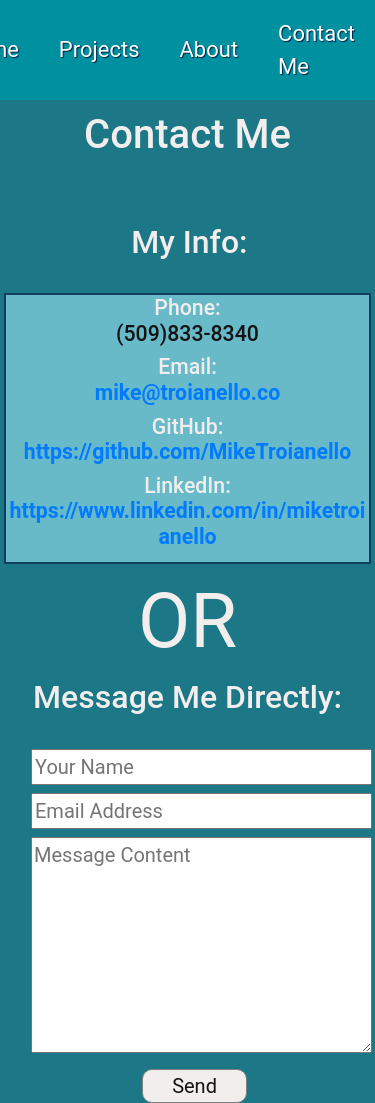
Repository: MikeTroianello/troianello
Page: /contact
The author's editor kept a copy of each file at every save. The page is drawn from the files as they stood at one save, then again after the next save.
The browser window is 375 px wide. The pictures show the whole page.
The project was rebuilt for these pictures with package versions that can differ from the ones it lists, and the page was loaded fresh each time. Also part of the build but not shown: src/components/context-sensitive/Greet.js, src/components/locations/Home.js, src/components/locations/About/About.css, src/components/locations/About/AboutMobile.css, src/components/locations/About/About.js, src/components/cards/RainbowDay.js, src/components/cards/CanvasBubbles.js, src/components/cards/projectCard.css and 4 more.

Above is the page before, as saved 2019-08-03 13:00:04.

### public/index.html
<!DOCTYPE html>
<html lang="en">
  <head>
    <meta charset="utf-8" />
    <link rel="shortcut icon" href="%PUBLIC_URL%/favicon.ico" />
    <meta name="viewport" content="width=device-width, initial-scale=1" />
    <meta name="theme-color" content="#000000" />
    <!--
      manifest.json provides metadata used when your web app is installed on a
      user's mobile device or desktop. See https://developers.google.com/web/fundamentals/web-app-manifest/
    -->
    <link rel="manifest" href="%PUBLIC_URL%/manifest.json" />
    <!--
      Notice the use of %PUBLIC_URL% in the tags above.
      It will be replaced with the URL of the `public` folder during the build.
      Only files inside the `public` folder can be referenced from the HTML.

      Unlike "/favicon.ico" or "favicon.ico", "%PUBLIC_URL%/favicon.ico" will
      work correctly both with client-side routing and a non-root public URL.
      Learn how to configure a non-root public URL by running `npm run build`.
    -->
    <title>MIKE TROIANELLO</title>
  </head>
  <body>
    <noscript>You need to enable JavaScript to run this app.</noscript>
    <div id="root"></div>
  </body>
</html>

### src/App.js
import React, { Component } from 'react';
import { BrowserRouter as Router, Route, Switch } from 'react-router-dom';
import Header from './components/Header';
import Home from './components/locations/Home';
import About from './components/locations/About/About';
import Projects from './components/locations/Projects';
import Contact from './components/locations/Contact/Contact';
import NotFound from './components/locations/NotFound';
import Greet from './components/context-sensitive/Greet.js';
import './App.css';

class App extends Component {
  // state = {
  //   header: '',
  //   hours: new Date().getHours()
  // };

  // componentDidMount() {
  //   window.addEventListener('scroll', this.handleScroll);
  // }

  // componentWillUnmount() {
  //   window.removeEventListener('scroll', this.handleScroll);
  // }

  // handleScroll = event => {
  //   let scrollTop = event.srcElement.body.scrollTop;
  //   console.log(window.scrollY);
  //   // if(window.scrollY > 200 && this.state.header) {
  //   if (window.scrollY < 88) {
  //     this.setState({ header: '' });
  //     console.log(this.state.header);
  //   }
  //   if (window.scrollY > 88 && window.scrollY < 502) {
  //     this.setState({ header: <Greet classname='header-greet' /> });
  //     console.log(this.state.header);
  //   }
  //   if (window.scrollY > 503 && window.scrollY < 1266) {
  //     this.setState({ header: 'My Projects' });
  //     console.log(this.state.header);
  //   }
  //   if (window.scrollY > 1267) {
  //     this.setState({ header: 'About Me' });
  //     console.log(this.state.header);
  //   }
  // };

  render() {
    return (
      <div className='App'>
        <Router>
          {/* <Header showHeader={this.state.header} /> */}
          <Header />
          <div>
            <Switch>
              <Route exact path='/' component={Home} />
              <Route exact path='/about' component={About} />
              <Route exact path='/projects' component={Projects} />
              <Route exact path='/contact' component={Contact} />
              <Route component={NotFound} />
            </Switch>
          </div>
        </Router>
      </div>
    );
  }
}

export default App;

### src/components/Header.js
import React, { Component } from 'react';
import { Link } from 'react-router-dom';
import Greet from '../components/context-sensitive/Greet.js';

export default class Header extends Component {
  render() {
    // let headerClass = this.props.showHeader ? 'header' : 'header transition';
    // if(this.props.showHeader == "time"){
    //   this.props.showHeader = <Greet/>
    // }
    /* <div className={headerClass}> */
    return (
      <div className='header'>
        <div className='links'>
          {/* <div className='logo'>
            <Link to='/'>Mt</Link>
          </div> */}
          <Link to='/' className='logo-2'>
            <h1 className='mt-logo'>Mt</h1>
          </Link>
          <div>{this.props.showHeader}</div>

          <div className='individual-link'>
            <Link to='/'>Home</Link>
          </div>
          <div className='individual-link'>
            <Link to='/projects'>Projects</Link>
          </div>
          <div className='individual-link'>
            <Link to='/about'>About</Link>
          </div>
          <div className='individual-link test'>
            <Link to='/contact'>Contact Me</Link>
          </div>
        </div>
      </div>
    );
  }
}

### src/components/locations/Contact/Contact.js
import React from 'react';
import './Contact.css';
import './ContactMobile.css';

export default function Contact() {
  return (
    <div className='contact-page'>
      <h1 className='contact-center'>Contact Me</h1>
      <div className='row'>
        <div className='col-sm-5 contact-side-one'>
          <h2 className='contact-center-one'>My Info:</h2>
          <div className='contact-side-one-box'>
            <h3>
              Phone:
              <br />
              <span className='contact-number'>(509)833-8340</span>
            </h3>
            <h3>
              <h3>
                Email:
                <br />
                <strong>
                  <a
                    href='mailto:mike@troianello.co'
                    target='_blank'
                    rel='noopener noreferrer'
                  >
                    mike@troianello.co
                  </a>
                </strong>
              </h3>
              GitHub:
              <br />
              <strong>
                <a
                  href='https://github.com/MikeTroianello'
                  target='_blank'
                  rel='noopener noreferrer'
                >
                  https://github.com/MikeTroianello
                </a>
                <br />
              </strong>
            </h3>
            <h3>
              LinkedIn: <br />
              <strong>
                <a
                  href='https://www.linkedin.com/in/miketroianello'
                  target='_blank'
                  rel='noopener noreferrer'
                >
                  https://www.linkedin.com/in/miketroianello
                </a>
              </strong>
            </h3>
          </div>
        </div>
        <div className='col-sm-2 or'>OR</div>
        <div className='col-sm-5 contact-side-two'>
          <h2 className='contact-center-two'>Message Me Directly:</h2>
          <form
            className='contact-message'
            action='https://formspree.io/mike@troianello.co'
            method='POST'
          >
            <label>
              <input
                type='name'
                name='name'
                className='contact-message-input'
                placeholder='Your Name'
              />
            </label>
            <label>
              <input
                type='email'
                name='email'
                className='contact-message-input'
                placeholder='Email Address'
              />
            </label>
            <label>
              <textarea
                rows='7'
                name='content'
                className='contact-message-input'
                placeholder='Message Content'
              />
            </label>
            <button className='contact-button'>Send</button>
          </form>
        </div>
      </div>
    </div>
  );
}

### src/App.css
:root {
  --off-black: #131313;
  --off-white: #f2eeee;
}

.App {
  font-family: 'roboto';
}
@import url('https://fonts.googleapis.com/css?family=Chivo&display=swap');
@import url('https://fonts.googleapis.com/css?family=Roboto&display=swap');
@import url('https://fonts.googleapis.com/css?family=Exo+2:800&display=swap');

.App-header {
  background-color: #282c34;
  min-height: 100vh;
  display: flex;
  flex-direction: column;
  /* align-items: center; */
  justify-content: center;
  font-size: calc(10px + 2vmin);
  /* color: white; */
}

/* .App-link {
  color: #61dafb;
} */

body {
  padding-top: 47px;
}

div {
  font-size: 20px;
}

p {
  margin-left: 4em;
  color: var(--off-black);
}

/* HEADER */

.header {
  background-color: #0091a0;
  /* background-color: #192e6c; */
  overflow: hidden;
  position: fixed;
  top: 0;
  width: 100%;
  height: 100px;
  z-index: 1;
  transition: all 0.5s;
}

.header.transition {
  transition: all 0.5s;
}

.header a {
  text-decoration: none;
  font-family: 'roboto';
  color: white;
  text-shadow: 1px 1px 1px #002145;
  font-size: 1.1em;
}

/* HOME PAGE */

/* .home-bg {
  height: 300vh;
} */

.link {
  margin-left: 15em;
}

.link a {
  color: var(--off-white);
  background-color: #0091a0;
  border-style: solid;
  border-color: #a2d7dc;
  border-width: 2px;
  font-size: 1.75em;
  padding: 0.5em;
  /* border-radius: 5px; */
}

.home-top {
  background-color: #0091a0;
  height: 65vh;
  width: 100%;
  transform: skewY(-5deg);
  margin-top: -5vh;
  padding: 0;
}

.home-top h1 {
  text-align: center;
  color: var(--off-white);
  font-size: 5em;
  padding-left: 0.6em;
  padding-top: 0.8em;
  margin-bottom: 0;
  padding-bottom: 0;
  transform: skewY(5deg);
  text-shadow: 1px 1px 1px #007783;
}

.home-top h2 {
  text-align: center;
  color: var(--off-white);
  padding-left: 0.6em;
  margin-bottom: 0;
  padding-bottom: 0;
  transform: skewY(5deg);
  text-shadow: 1px 1px 1px #007783;
}

.home-typewriter-setup {
  /* position: relative;
    width: 29em;
    margin: 0 auto;
    text-align: center;
    white-space: nowrap;
    overflow: hidden; */
  position: relative;
  width: 24em;
  margin: 10vh auto;
  border-right: 3px solid rgba(255, 255, 255, 0.75);
  font-size: 180%;
  text-align: center;
  white-space: nowrap;
  overflow: hidden;
}

.home-typewriter-animation {
  animation: typewriter 4s steps(65) 1s 1 normal both,
    blinkTextCursor 1000ms steps(40) infinite normal;
}

@keyframes typewriter {
  from {
    width: 0;
  }
  to {
    width: 29.5em;
  }
}
@keyframes blinkTextCursor {
  from {
    border-right-color: rgba(255, 255, 255, 0.75);
  }
  to {
    border-right-color: transparent;
  }
}

.home-fade1 {
  height: 2vh;
  width: 100%;
  background-color: #a2d7dc;
  transform: skewY(-5deg);
  margin-top: -1vh;
}

.home-fade2 {
  height: 1vh;
  width: 100%;
  background-color: #e1e3e5;
  /* margin-top: -1vh; */
}

.home-about {
  height: 105vh;
  background: url('./components/images/pics/album-pics/thumbnail-3.jpg')
    no-repeat;
  background-size: 100% auto;
  background-position: 0 -30vh;
  /* background-repeat: no-repeat; */
  /* background-color: #909a9f; */
}

.home-about h1 {
  color: var(--off-white);
  font-size: 4.25em;
  margin-left: 1.25em;
}

.home-projects {
  font-size: 2em;
  padding-top: 1em;
  height: 110vh;
}

.home-projects h1 {
  color: var(--off-black);
  font-size: 2em;
  text-align: center;
}

.home-album-text {
  mix-blend-mode: difference;

  /* mix-blend-mode: exclusion; */
}

.home-contact {
  height: 50vh;
}

.home-contact h1 {
  font-size: 4.5em;
  margin-left: 1em;
  color: var(--off-white);
}

/* PROJECTS PAGE */

.projects {
  background-color: #1c7787;
  color: var(--off-white);
  /* height: 104vh; */
  /* margin-top: -3em; */
  padding-top: 3em;
  overflow: hidden;
  min-height: 97.45vh;
}

.project-box {
  display: flex;
  flex-wrap: wrap;
  justify-content: space-around;
  text-decoration: none;
  /* margin: 1vh 0; */
}

/* .project-box :hover {
  background: rgba(0, 0, 0, 1);
} */

.projects-title {
  text-align: center;
}

.projects-technologies {
  padding: 10vh 0 0 1.33vw;
  background-color: #1c7787;
  border-right: 1.5px solid black;
}

/* COLOR SCHEME REMAINING CLASSES DON'T DELETE YET!!!! */

/* .container-fluid {
  height: 500px;
} */

/* .row {
  height: 500px;
} */

.links {
  display: flex;
  justify-content: flex-end;
  align-items: center;
}

.individual-link {
  margin: 0 1em;
}

/* logo */

.logo {
  color: white;
  padding: 1px 6px;
  font-size: 1.35em;
  font-weight: bold;
  border-style: solid;
  border-color: White;
  border-width: 2px;
  margin: 20px auto 20px 15px;
}

.logo-2 {
  color: white;
  padding: 1px 6px 0;
  font-weight: bold;
  border-style: solid;
  border-color: White;
  border-width: 2px;
  margin: 20px auto 20px 15px;
}

.mt-logo {
  margin: 3px 0;
}

.react {
  animation-name: spin;
  animation-duration: 35s;
  animation-iteration-count: infinite;
  animation-timing-function: linear;
}

@keyframes spin {
  from {
    transform: rotate(0deg);
  }
  to {
    transform: rotate(360deg);
  }
}

/* table,
th,
td {
  border: 2px solid black;
}

td {
  font-size: 2em;
} */

### src/components/locations/Contact/Contact.css
.contact-page {
  background-color: #1c7787;
  color: var(--off-white);
  /* height: 101.8vh; HERE */
  min-height: 101.8vh;
  overflow: hidden;
  margin-top: -3em;
  padding-top: 3em;
}

.contact-page h1 {
  margin: 8vh;
}

/* .contact-side-one {
  } */

.contact-side-one-box {
  border: 2px solid #113f5e;
  background-color: rgba(137, 215, 229, 0.7);
  text-align: center;
  margin-left: 1vw;
  margin-right: 1vw;
  padding-bottom: 5px;
  word-wrap: break-word;
}

.contact-number {
  color: var(--off-black);
}

.contact-center {
  text-align: center;
  margin-bottom: 4vh;
}

.contact-center-one {
  text-align: center;
  margin-bottom: 4vh;
  margin-left: 1vw;
}

.contact-center-two {
  text-align: center;
  margin-bottom: 4vh;
}

.or {
  margin-bottom: 15vh;
  display: flex;
  justify-content: center;
  align-items: center;
  font-size: 3.8em;
  color: var(--off-white);
}

/* .contact-side-two{
    display: flex;
  } */

.contact-message {
  flex-direction: column;
  /* align-items:center; */
  display: flex;
}

.contact-message-input {
  width: 90%;
}

.contact-button {
  width: 30%;
  border: 1px solid gray;
  border-radius: 10px;
  color: var(--off-black);
  background: var(--off-white);
  margin-left: 32%;
}

### src/components/locations/Contact/ContactMobile.css
@media (max-width: 425px) {
  .contact-page {
    min-height: 101.8vh;
    overflow: hidden;
    margin-top: -3em;
    padding-top: 3em;
  }

  .contact-page h1 {
    margin: 8vh;
  }

  .contact-page h3 {
    font-size: 1.33rem;
  }

  /* .contact-side-one {
  } */

  .contact-side-one-box {
    border: 2px solid #113f5e;
    background-color: rgba(137, 215, 229, 0.7);
    text-align: center;
    margin-left: 1vw;
    margin-right: 1vw;
    padding-bottom: 5px;
    word-wrap: break-word;
  }

  .contact-number {
    color: var(--off-black);
  }

  .contact-center {
    text-align: center;
    margin-bottom: 4vh;
  }

  .contact-center-one {
    text-align: center;
    margin-bottom: 4vh;
    margin-left: 1vw;
  }

  .contact-center-two {
    text-align: center;
    margin-bottom: 4vh;
  }

  .or {
    margin-bottom: 0 !important;
    display: flex;
    justify-content: center;
    align-items: center;
    font-size: 3.8em;
    color: var(--off-white);
  }

  /* .contact-side-two {
    padding-left: 0;
  } */

  .contact-message {
    margin: 0 -4px 0 31px;
  }

  .contact-message-input {
    width: 98%;
    /* margin-left: 1%; */
  }

  .contact-button {
    width: 30%;
    border: 1px solid gray;
    border-radius: 10px;
    color: var(--off-black);
    background: var(--off-white);
    margin-left: 32%;
  }
}

Loaded but not shown: src/index.js (common file); src/index.css (common file); src/serviceWorker.js (common file)

After the next save:
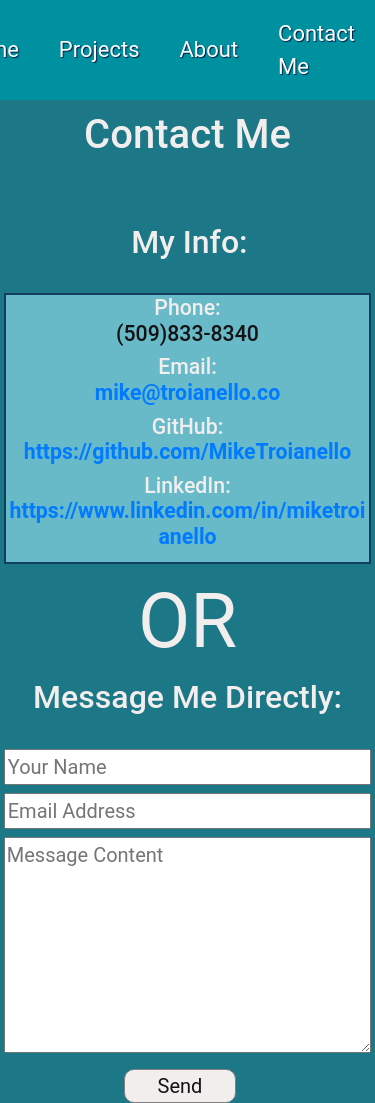
Saved 70 s later.
--- a/src/components/locations/Contact/ContactMobile.css
+++ b/src/components/locations/Contact/ContactMobile.css
@@ -61,7 +61,7 @@
   } */
 
   .contact-message {
-    margin: 0 -4px 0 31px;
+    margin: 0 -1vw 0 1vw;
   }
 
   .contact-message-input {
